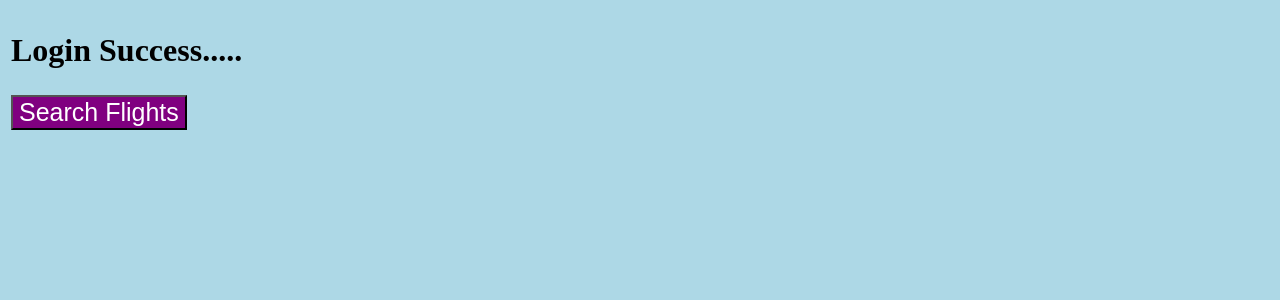
Repository: KanimozhiThandapani/Phase2AirlineBookingProject
Page: http://localhost/AirlineBooking/home.jsp
The author's editor kept a copy of each file at every save. The page is drawn from the files as they stood at one save, then again after the next save.
The browser window is 1280 px wide. The pictures show the whole page.
The page is served by Tomcat 9. Other server files are loaded and not shown.

Above is the page before, as saved 2022-04-24 16:52:49.

### AirlineBooking/WebContent/home.jsp
<%@ page language="java" contentType="text/html; charset=ISO-8859-1"
    pageEncoding="ISO-8859-1"%>
<!DOCTYPE html PUBLIC "-//W3C//DTD HTML 4.01 Transitional//EN" "http://www.w3.org/TR/html4/loose.dtd">
<html>
<head>
<meta http-equiv="Content-Type" content="text/html; charset=ISO-8859-1">
<title>:: Home ::</title>
</head>

<body style="background-color:lightblue;">
<form action=homePage method="get">
<table width="100%">
 <tr>
  <td align="left"><h1>Login Success.....</h1></td>
  </tr>

 <tr>
  <td colspan="2">
  <input type="submit" value="Search Flights" style="font-size: 25px ; background: purple; color: #FFF;" >
  </td>
 </tr>
</table>
</form>
</body>
</html>

After the next save:
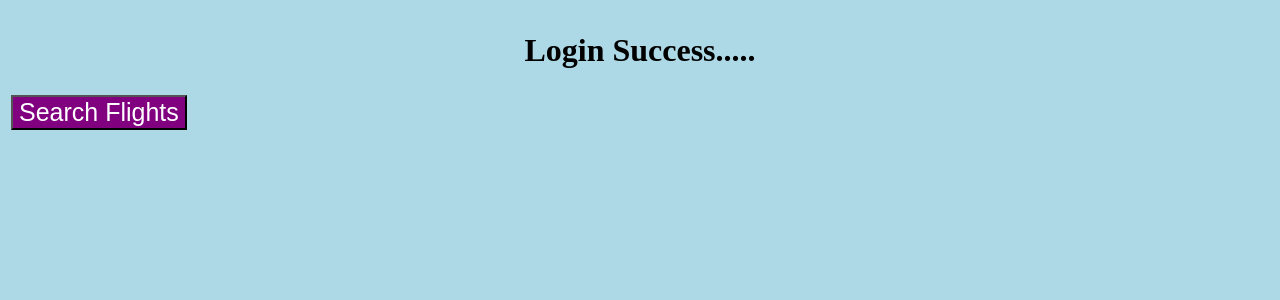
Saved 11 h 40 min later.
--- a/AirlineBooking/WebContent/home.jsp
+++ b/AirlineBooking/WebContent/home.jsp
@@ -11,7 +11,7 @@
 <form action=homePage method="get">
 <table width="100%">
  <tr>
-  <td align="left"><h1>Login Success.....</h1></td>
+  <td align="center"><h1>Login Success.....</h1></td>
   </tr>
 
  <tr>
